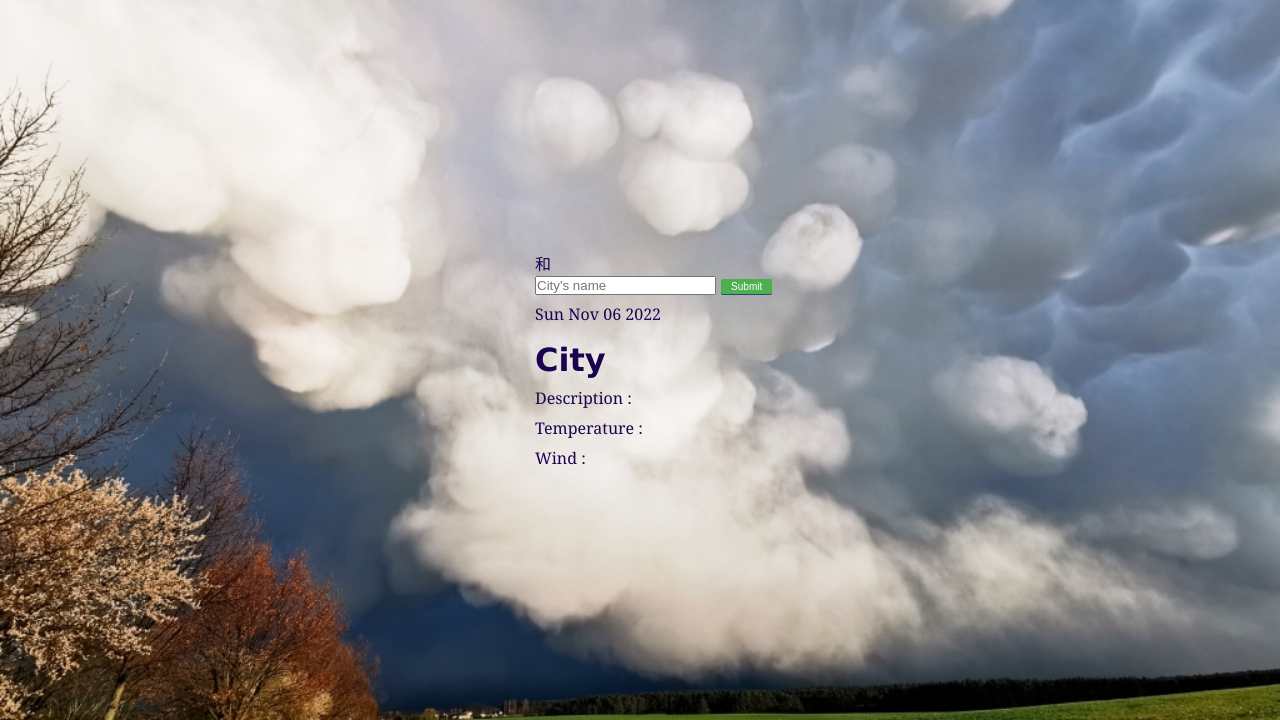
Repository: heartbreathing/searchWeather
Page: index.html
The author's editor kept a copy of each file at every save. The page is drawn from the files as they stood at one save, then again after a run of saves.
The browser window is 1280 px wide. The pictures show the whole page.

Above is the page before, as saved 2022-11-07 09:06:55.

After the next 3 saves:
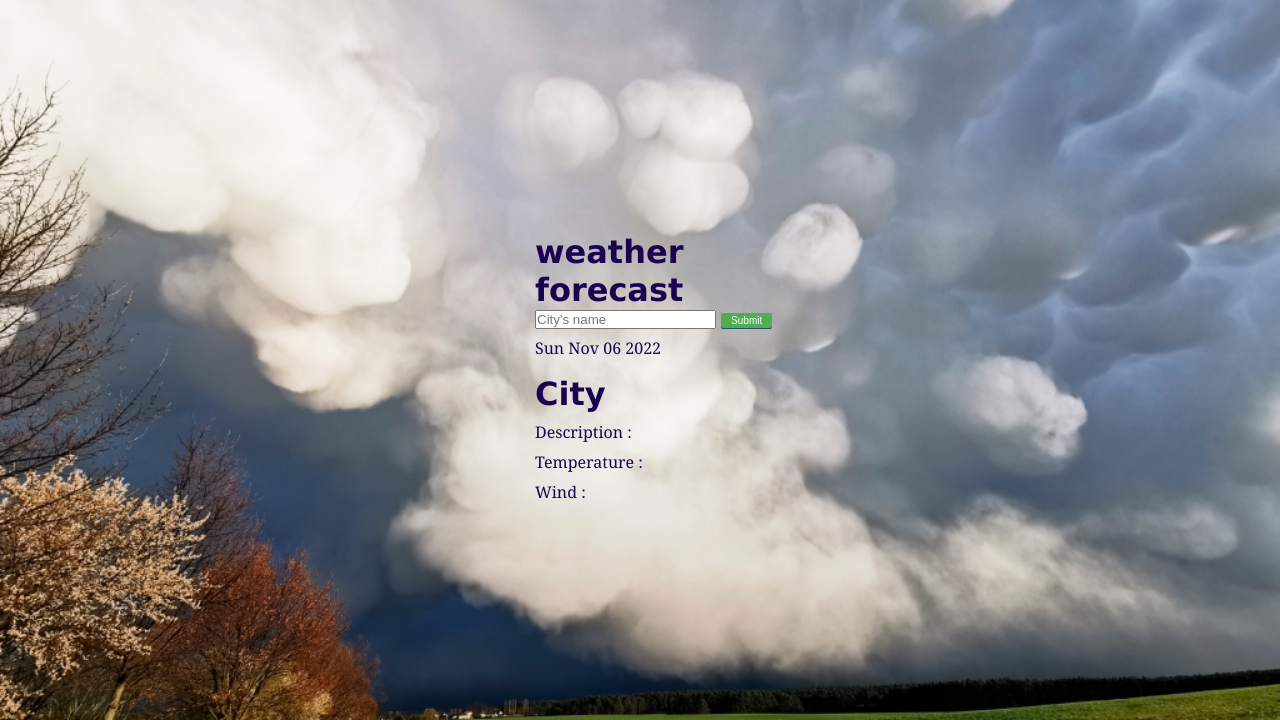
The 3 saves are shown as one change because they came seconds apart.
The last was saved 9 s later.
--- a/index.html
+++ b/index.html
@@ -9,7 +9,8 @@
   </head>
   <body>
     <div class="content">
-      和
+      <h1>
+        weather forecast</h1>
 
       <form class="form">
         <input type="text" name="name" placeholder="City's name" />
